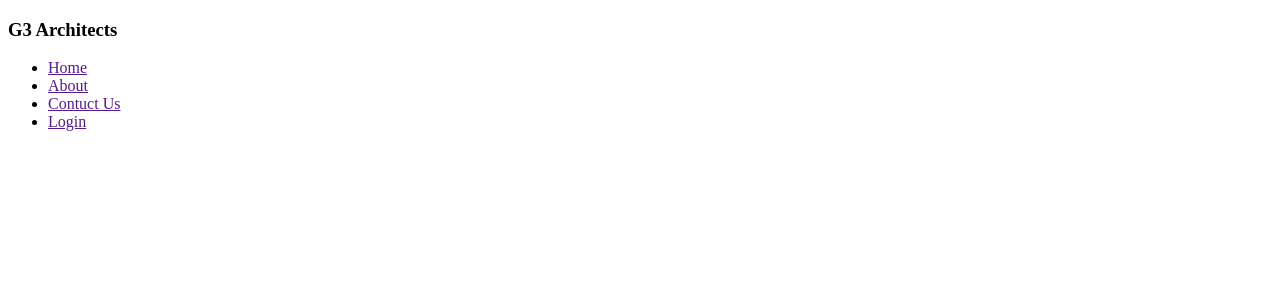
Repository: Safin421/g3-responsive-website
Page: index.html
An editor plug-in stored every save of this project. The page is shown before and after the next save, followed by the edit.
The browser window is 1280 px wide. The pictures show the whole page.

Above is the page before, as saved 2024-08-19 22:09:26.

### index.html
<!DOCTYPE html>
<html lang="en">
<head>
    <meta charset="UTF-8">
    <meta name="viewport" content="width=device-width, initial-scale=1.0">
    <title>Document</title>
    <link rel="stylesheet" href="style/style.css">
</head>
<body class="work-sans-font">
    <header class="navbar">
        <h3 class="Brand">G3 Architects</h3>
        <ul class="nav-links">
            <li class="nav-items"><a href="" class="nav-link">Home</a></li>
            <li class="nav-items"><a href="" class="nav-link">About</a></li>
            <li class="nav-items"><a href="" class="nav-link">Contuct Us </a></li>
            <li class="nav-items"><a href="" class="nav-link">Login</a></li>
        </ul>

    </header>
    <main>

    </main>
    <footer>

    </footer>
</body>
</html>

### style/style.css
@import url('https://fonts.googleapis.com/css2?family=Work+Sans:ital,wght@0,100..900;1,100..900&display=swap');



.work-sans-font> {
  font-family: "Work Sans", sans-serif;
  font-optical-sizing: auto;
  font-weight:400;
  font-style: normal;
}
/* share style */

/* header stylr */

/* nav releted style */
.navber , .nav-link{
    display: flex;
}

After the next save:
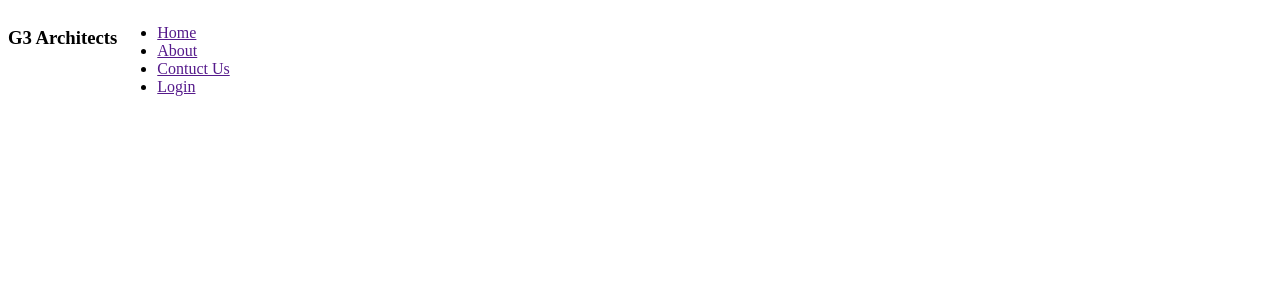
Saved 43 s later.
--- a/style/style.css
+++ b/style/style.css
@@ -13,6 +13,6 @@
 /* header stylr */
 
 /* nav releted style */
-.navber , .nav-link{
+.navbar , .nav-link{
     display: flex;
 }
